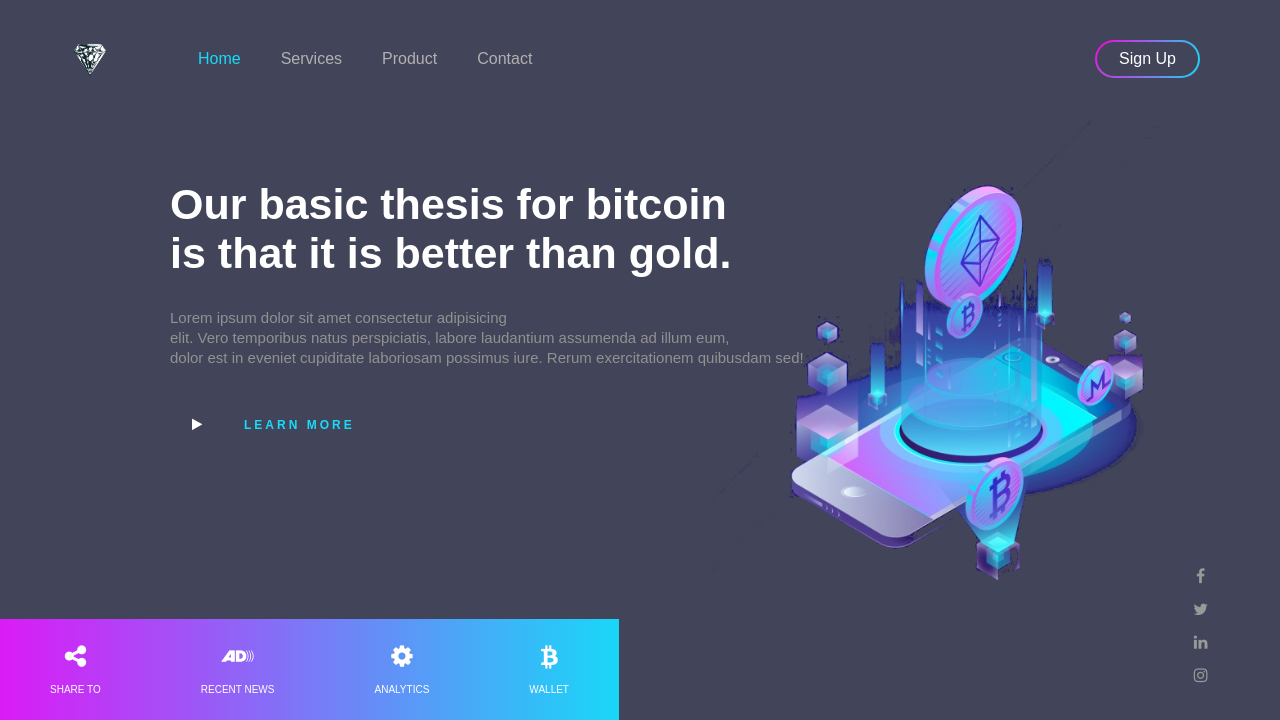
Repository: Aakarshit-Sharma19/Basic-HTML-and-CSS-Page-
Page: index.html
These files come from the project's save history. The page is drawn as it stood at one moment and after the next save; the edit follows.
The browser window is 1280 px wide. The pictures show the whole page.

Above is the page before, as saved 2020-11-10 17:15:09.

After the next save:
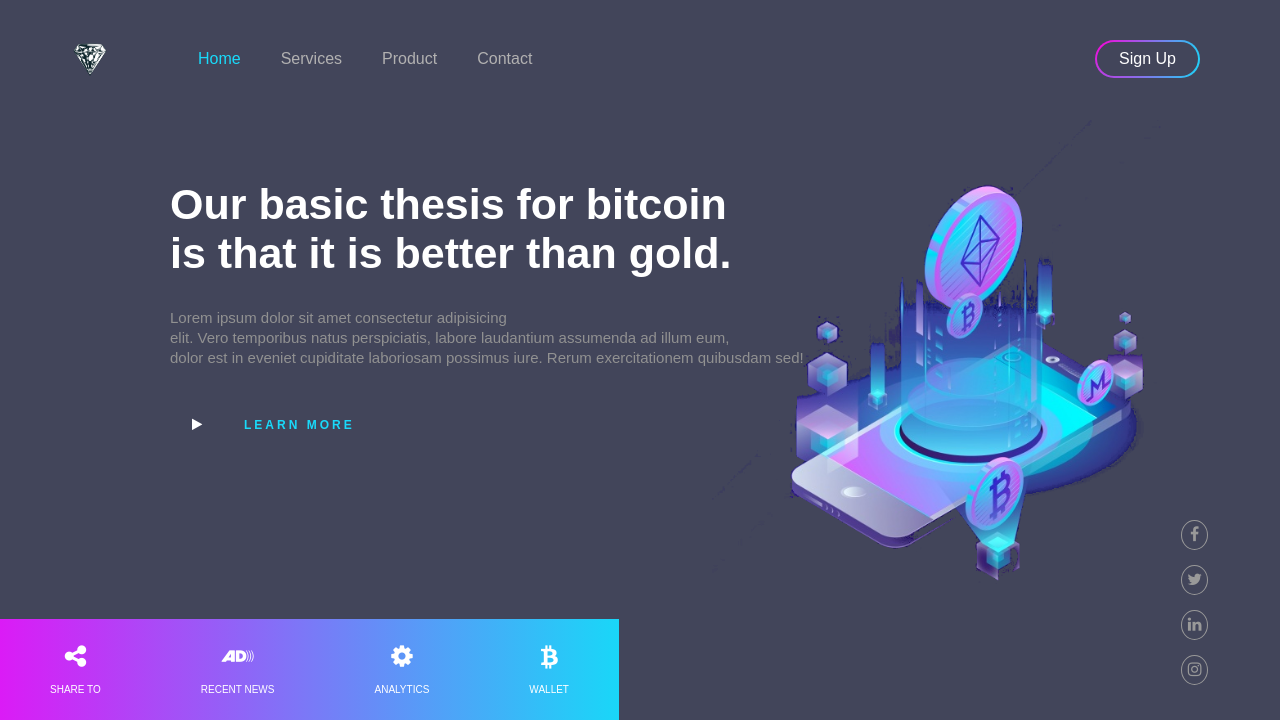
Saved 77 s later.
--- a/style.css
+++ b/style.css
@@ -168,4 +168,8 @@ small{
 
 .social-icons ul li a{
     color: #999;
+    border-radius: 50%;
+    border: 1px solid #999;
+    padding: 5px;
+    display: block;
 }
